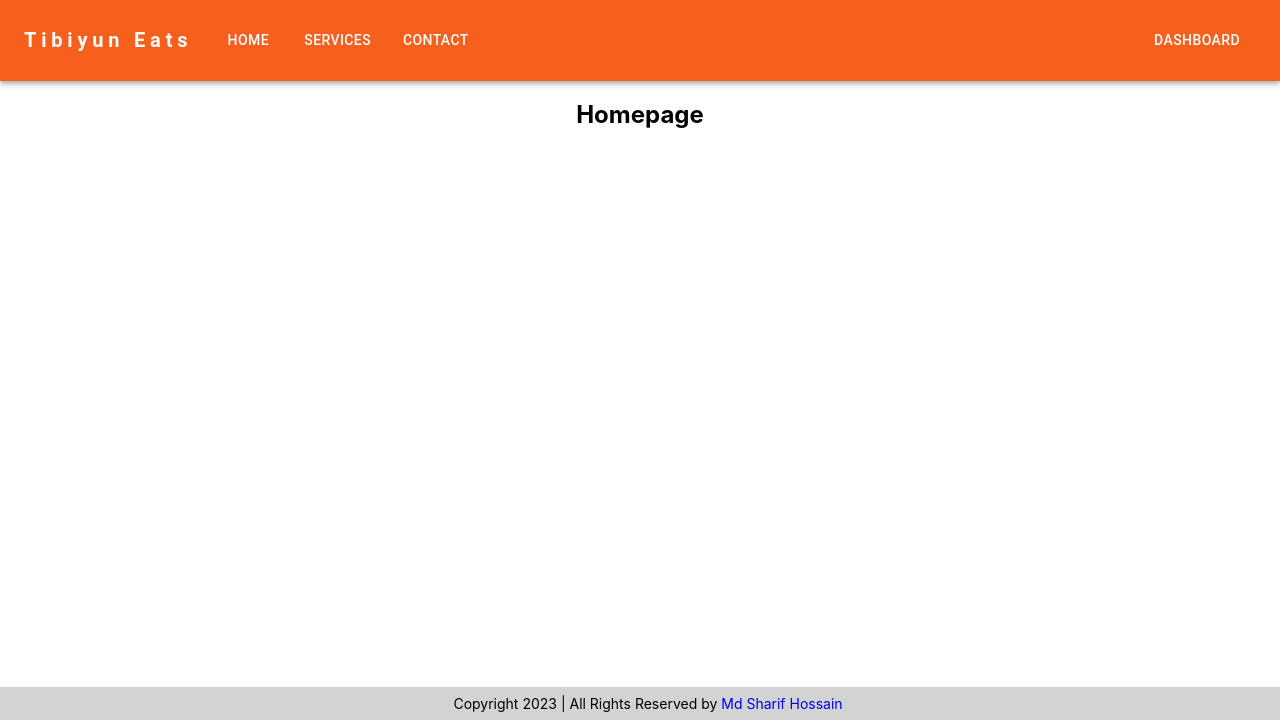
Repository: Sharif-00112/tibiyun-test-frontend
Page: /
These files come from the project's save history. The page is drawn as it stood at one moment and after the next save; the edit follows.
The browser window is 1280 px wide. The pictures show the whole page.
The project was rebuilt for these pictures with package versions that can differ from the ones it lists, and the page was loaded fresh each time. Also part of the build but not shown: src/Pages/NotFound/NotFound.js, src/Pages/Login/Login/Login.js, src/Pages/Login/Register/Register.js, src/Pages/Dashboard/Dashboard/Dashboard.js, src/Pages/Login/PrivateRoute/PrivateRoute.js.

Above is the page before, as saved 2023-08-22 09:24:12.

### src/App.js
// import logo from './logo.svg';
import './App.css';
import { BrowserRouter as Router, Route, Routes} from 'react-router-dom';
import Home from './Pages/Home/Home/Home';
import NotFound from './Pages/NotFound/NotFound';
import Login from './Pages/Login/Login/Login';
import Register from './Pages/Login/Register/Register';
// import AuthProvider from './contexts/AuthProvider/AuthProvider';
import Dashboard from './Pages/Dashboard/Dashboard/Dashboard';
import PrivateRoute from './Pages/Login/PrivateRoute/PrivateRoute';
import Navbar from './Pages/Shared/Header/Navbar/Navbar';
import Footer from './Pages/Shared/Footer/Footer';


function App() {
  return (
    <div className="App">
      {/* <AuthProvider> */}
        <Router>
          <Navbar></Navbar>
          <Routes>
            <Route exact path = '/' element={<Home/>}/>
            <Route exact path = '/home' element={<Home/>}/>
            <Route exact path='/login' element={<Login/>} />
            <Route exact path='/register' element={<Register/>} />

            <Route path='dashboard/*' element={
              <PrivateRoute>
                <Dashboard></Dashboard>
              </PrivateRoute>
            } />

            <Route path = '*' element={<NotFound/>}/>
          </Routes>
          <Footer></Footer>
        </Router>
      {/* </AuthProvider> */}
    </div>
  );
}

export default App;

### src/Pages/Home/Home/Home.js
import React from 'react';

const Home = () => {
    return (
        <div>
            <h2>Homepage</h2>
        </div>
    );
};

export default Home;

### src/Pages/Shared/Header/Navbar/Navbar.js
import * as React from 'react';
import AppBar from '@mui/material/AppBar';
import Box from '@mui/material/Box';
import Toolbar from '@mui/material/Toolbar';
import IconButton from '@mui/material/IconButton';
import Typography from '@mui/material/Typography';
import Menu from '@mui/material/Menu';
import MenuIcon from '@mui/icons-material/Menu';
import Container from '@mui/material/Container';
// import Avatar from '@mui/material/Avatar';
import Button from '@mui/material/Button';
import Tooltip from '@mui/material/Tooltip';
import MenuItem from '@mui/material/MenuItem';
// import AdbIcon from '@mui/icons-material/Adb';
import { Link } from 'react-router-dom';
// import useAuth from '../../../hooks/useAuth';
import { NavLink } from 'react-router-dom';
import { HashLink } from 'react-router-hash-link';
// import useAuth from '../../../../hooks/useAuth';

const pages = [
  <HashLink
      style={{ textDecoration:'none', color: 'inherit' }}
      to = '/#home'>
      <Button sx={{mx:0}} color="inherit">Home</Button>
  </HashLink>,
  <HashLink
      style={{ textDecoration:'none', color: 'inherit' }}
      to = '/home#services'>
      <Button sx={{mx:0}} color="inherit">Services</Button>
  </HashLink>,
  <HashLink
      style={{ textDecoration:'none', color: 'inherit' }}
      to = '/home#contact'>
      <Button sx={{mx:0}} color="inherit">Contact</Button>
  </HashLink>
  ];

const settings = [
  <Link
      style={{ textDecoration:'none', color: 'inherit' }}
      to = '/profile'>
      <Button sx={{mx:0}} color="inherit">Profile</Button>
  </Link>
 ];


const Navbar = () => {
    // const { user, logout } = useAuth();

    const [anchorElNav, setAnchorElNav] = React.useState(null);
    const [anchorElUser, setAnchorElUser] = React.useState(null);

    const handleOpenNavMenu = (event) => {
      setAnchorElNav(event.currentTarget);
    };
    const handleOpenUserMenu = (event) => {
      setAnchorElUser(event.currentTarget);
    };

    const handleCloseNavMenu = () => {
      setAnchorElNav(null);
    };

    const handleCloseUserMenu = () => {
      setAnchorElUser(null);
    };

    return (
      <AppBar position="static" sx={{ backgroundColor: '#F75F1C' }}>
        <Container maxWidth="xl">
          <Toolbar disableGutters>
            {/* <AdbIcon sx={{ display: { xs: 'none', md: 'flex' }, mr: 1 }} /> */}
            <Typography
              variant="h6"
              noWrap
              component="a"
              href="/"
              sx={{
                mr: 2,
                display: { xs: 'none', md: 'flex' },
                // fontFamily: 'monospace',
                fontWeight: 700,
                letterSpacing: '.3rem',
                color: 'inherit',
                textDecoration: 'none',
              }}
            >
              Tibiyun Eats
            </Typography>

            <Box sx={{ flexGrow: 1, display: { xs: 'flex', md: 'none' } }}>
              <IconButton
                size="large"
                aria-label="account of current user"
                aria-controls="menu-appbar"
                aria-haspopup="true"
                onClick={handleOpenNavMenu}
                color="inherit"
              >
                <MenuIcon />
              </IconButton>
              <Menu
                id="menu-appbar"
                anchorEl={anchorElNav}
                anchorOrigin={{
                  vertical: 'bottom',
                  horizontal: 'left',
                }}
                keepMounted
                transformOrigin={{
                  vertical: 'top',
                  horizontal: 'left',
                }}
                open={Boolean(anchorElNav)}
                onClose={handleCloseNavMenu}
                sx={{
                  display: { xs: 'block', md: 'none' },
                }}
              >
                {pages.map((page) => (
                  <MenuItem key={page} onClick={handleCloseNavMenu}>
                    <Typography textAlign="center">{page}</Typography>
                  </MenuItem>
                ))}
              </Menu>
            </Box>
            {/* <AdbIcon sx={{ display: { xs: 'flex', md: 'none' }, mr: 1 }} /> */}
            <Typography
              variant="h5"
              noWrap
              component="a"
              href=""
              sx={{
                mr: 2,
                display: { xs: 'flex', md: 'none' },
                flexGrow: 1,
                // fontFamily: 'monospace',
                fontWeight: 700,
                letterSpacing: '.3rem',
                color: 'inherit',
                textDecoration: 'none',
              }}
            >
              Tibiyun Eats
            </Typography>
            <Box sx={{ flexGrow: 1, display: { xs: 'none', md: 'flex' } }}>
              {pages.map((page) => (
                <Button
                  key={page}
                  onClick={handleCloseNavMenu}
                  sx={{ my: 2, color: 'white', display: 'block' }}
                >
                  {page}
                </Button>
              ))}
            </Box>

            {/* login-logout toggle */}
            {
            //   user?.email ?
              <NavLink
                  style={{ textDecoration:'none', color:'white' }}
                  to = '/login'>
                  {/* <Button sx={{ mx: 0 }} onClick={logout} color="inherit">Logout</Button> */}
                  <NavLink
                    style={{ textDecoration:'none', color:'white' }}
                    to = '/dashboard'>
                    <Button sx={{ mx:1 }} color="inherit">Dashboard</Button>
                  </NavLink>
              </NavLink>
            //   :
            //   <NavLink
            //       style={{ textDecoration:'none', color:'white' }}
            //       to = '/login'>
            //       <Button sx={{ mx:2 }} color="inherit">Login</Button>
            //   </NavLink>
            }

            <Box sx={{ flexGrow: 0 }}>
              <Tooltip title="Open settings">
                <IconButton onClick={handleOpenUserMenu} sx={{ p: 0 }}>
                  {/* <Avatar alt={user.email} src={user.photoURL} /> */}
                </IconButton>
              </Tooltip>
              <Menu
                sx={{ mt: '45px' }}
                id="menu-appbar"
                anchorEl={anchorElUser}
                anchorOrigin={{
                  vertical: 'top',
                  horizontal: 'right',
                }}
                keepMounted
                transformOrigin={{
                  vertical: 'top',
                  horizontal: 'right',
                }}
                open={Boolean(anchorElUser)}
                onClose={handleCloseUserMenu}
              >
                {settings.map((setting) => (
                  <MenuItem key={setting} onClick={handleCloseUserMenu}>
                    <Typography textAlign="center">{setting}</Typography>
                  </MenuItem>
                ))}
              </Menu>
            </Box>
          </Toolbar>
        </Container>
      </AppBar>
    );
};

export default Navbar;

### src/Pages/Shared/Footer/Footer.js
import { Box, Typography } from '@mui/material';
import React from 'react';

const Footer = () => {
    return (
        <Box
            sx={{
                backgroundColor: 'lightgray',
                position: 'fixed',
                bottom: 0,
                left: 0,
                width: '100%',
                padding: '8px',
                marginTop: '15px'
            }}
        >
            <Typography sx={{ my: 0, mt: 0, fontSize: 14, fontWeight: 400 }} variant="" component="div">
                Copyright 2023 | All Rights Reserved by <a style={{textDecoration: 'none'}} href="sharif-hossain.com">Md Sharif Hossain</a>
            </Typography>
        </Box>
    );
};

export default Footer;

Loaded but not shown: src/index.js (common file); src/index.css (common file); src/reportWebVitals.js (common file); src/App.css (common file)

After the next save:
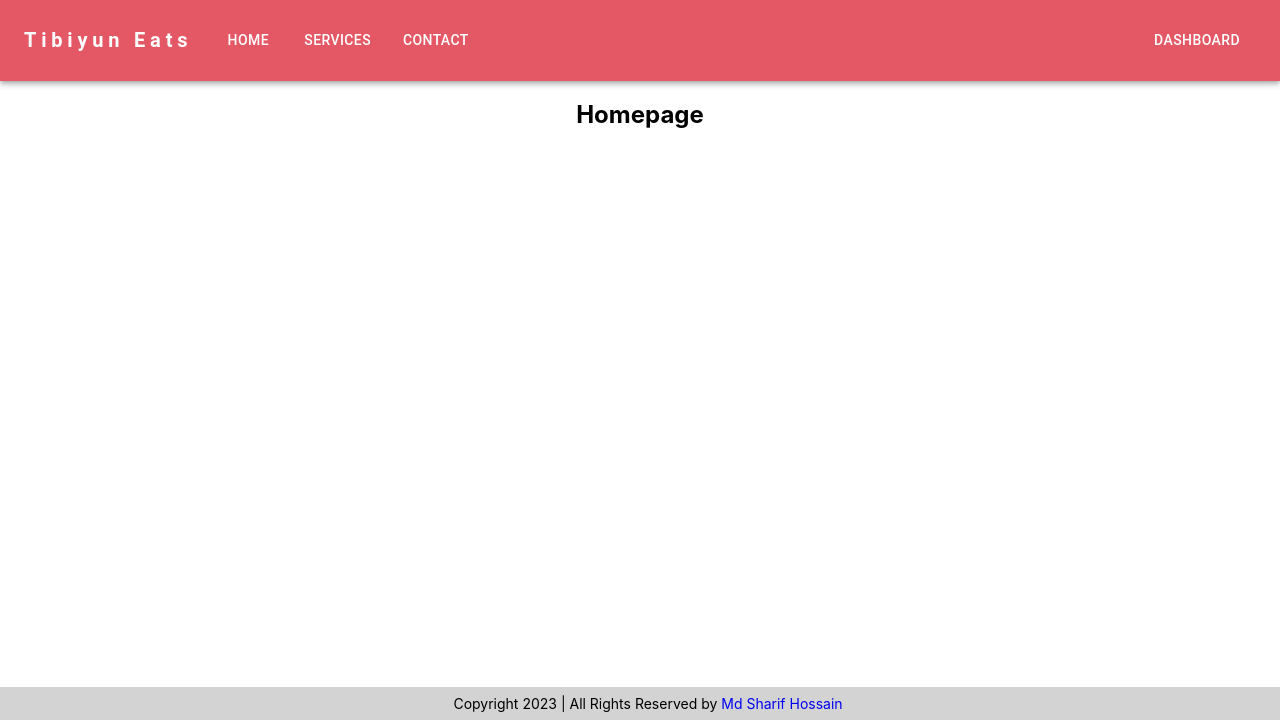
Saved 56 s later.
--- a/src/Pages/Shared/Header/Navbar/Navbar.js
+++ b/src/Pages/Shared/Header/Navbar/Navbar.js
@@ -67,7 +67,7 @@ const Navbar = () => {
     };
 
     return (
-      <AppBar position="static" sx={{ backgroundColor: '#F75F1C' }}>
+      <AppBar position="static" sx={{ backgroundColor: '#E45865' }}>
         <Container maxWidth="xl">
           <Toolbar disableGutters>
             {/* <AdbIcon sx={{ display: { xs: 'none', md: 'flex' }, mr: 1 }} /> */}
